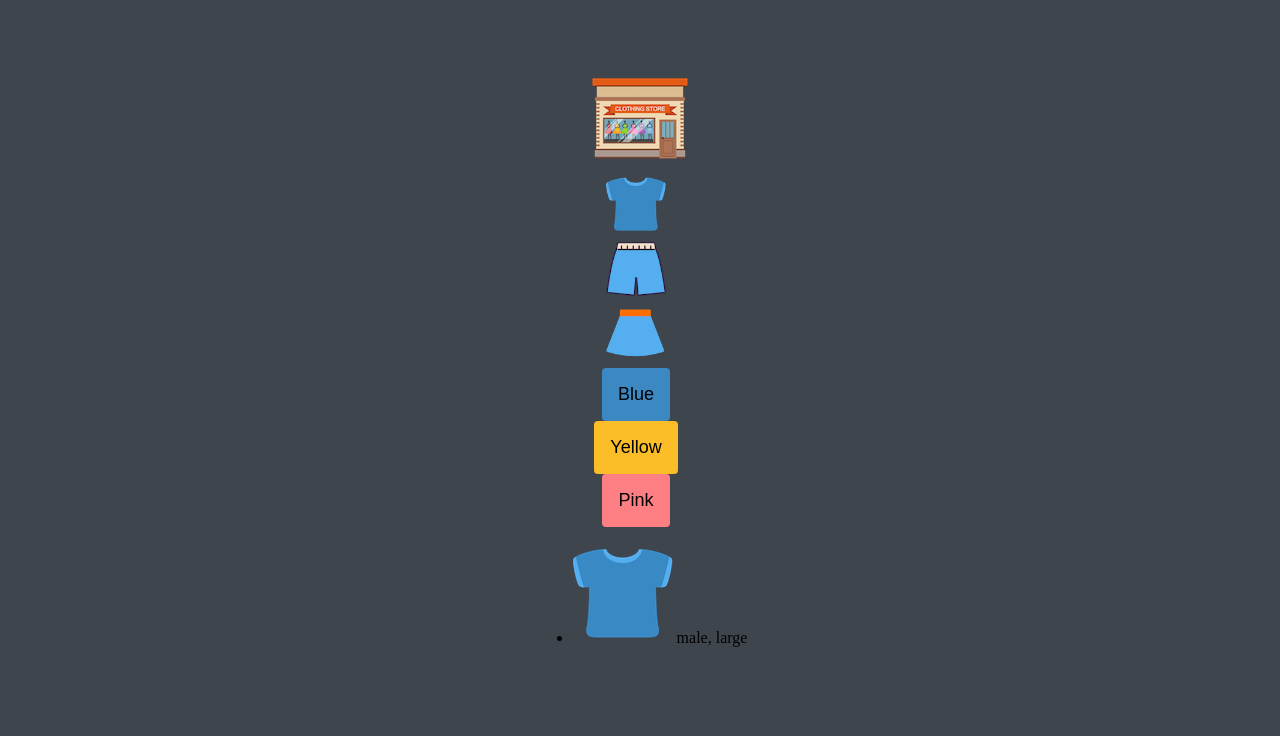
Repository: GoodHoneyCake/Dream_Coding_Academy1
Page: index.html
These files come from the project's save history. The page is drawn as it stood at one moment and after the next save; the edit follows.
The browser window is 1280 px wide. The pictures show the whole page.

Above is the page before, as saved 2021-01-06 16:24:33.

After the next save:
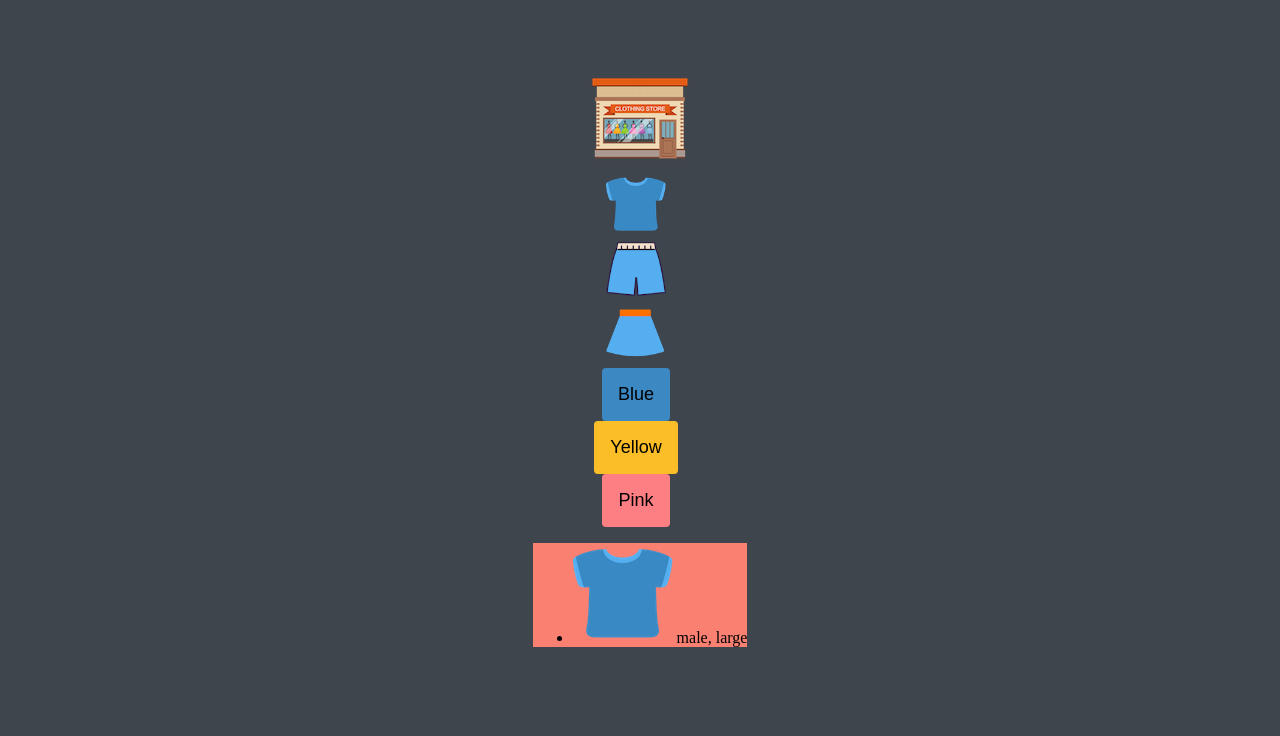
Saved 19 s later.
--- a/style.css
+++ b/style.css
@@ -74,3 +74,7 @@ body {
 .pink {
   background-color: var(--color-pink);
 }
+
+.items {
+  background-color: salmon;
+}
